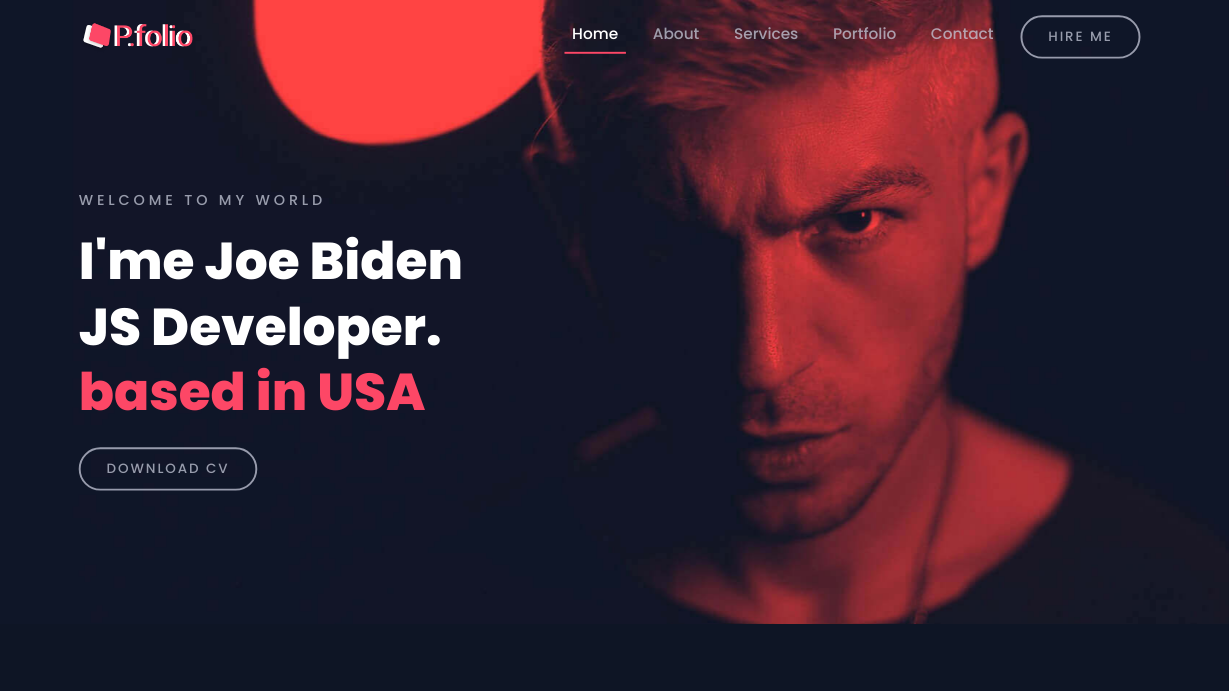
Repository: wadelfadill/Bootstrap_tache_3_responsive_portfolio
Page: index.html
An editor plug-in stored every save of this project. The page is shown before and after the next save, followed by the edit.
The browser window is 1280 px wide. The pictures show the whole page, at 96% of full size.
Backgrounds fixed to the window are drawn as part of the page. Some web libraries are served in a nearby version.

Above is the page before, as saved 2023-04-07 12:53:54.
Console error: TypeError: Cannot read properties of null (reading 'classList')

After the next save:
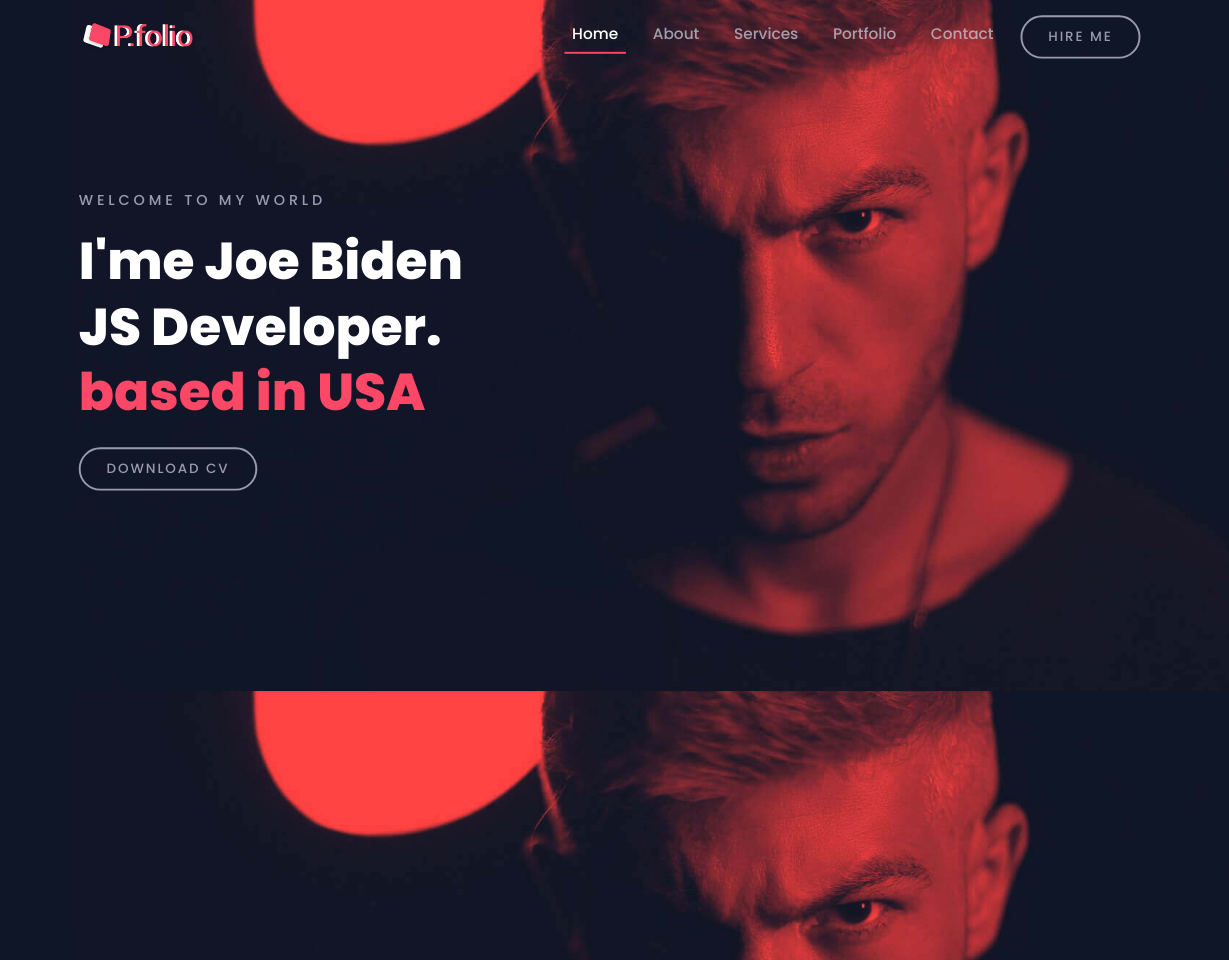
Saved 6 min 22 s later.
--- a/css/style.css
+++ b/css/style.css
@@ -210,7 +210,7 @@ button{
 .banner_wrapper{
     width: 100%;
     height: auto;
-    min-height: 650px;
+    min-height: 1000px;
     background-image: url('../images/bg-image.jpg');
     background-repeat: no-repeat;
     background-position: center center;
